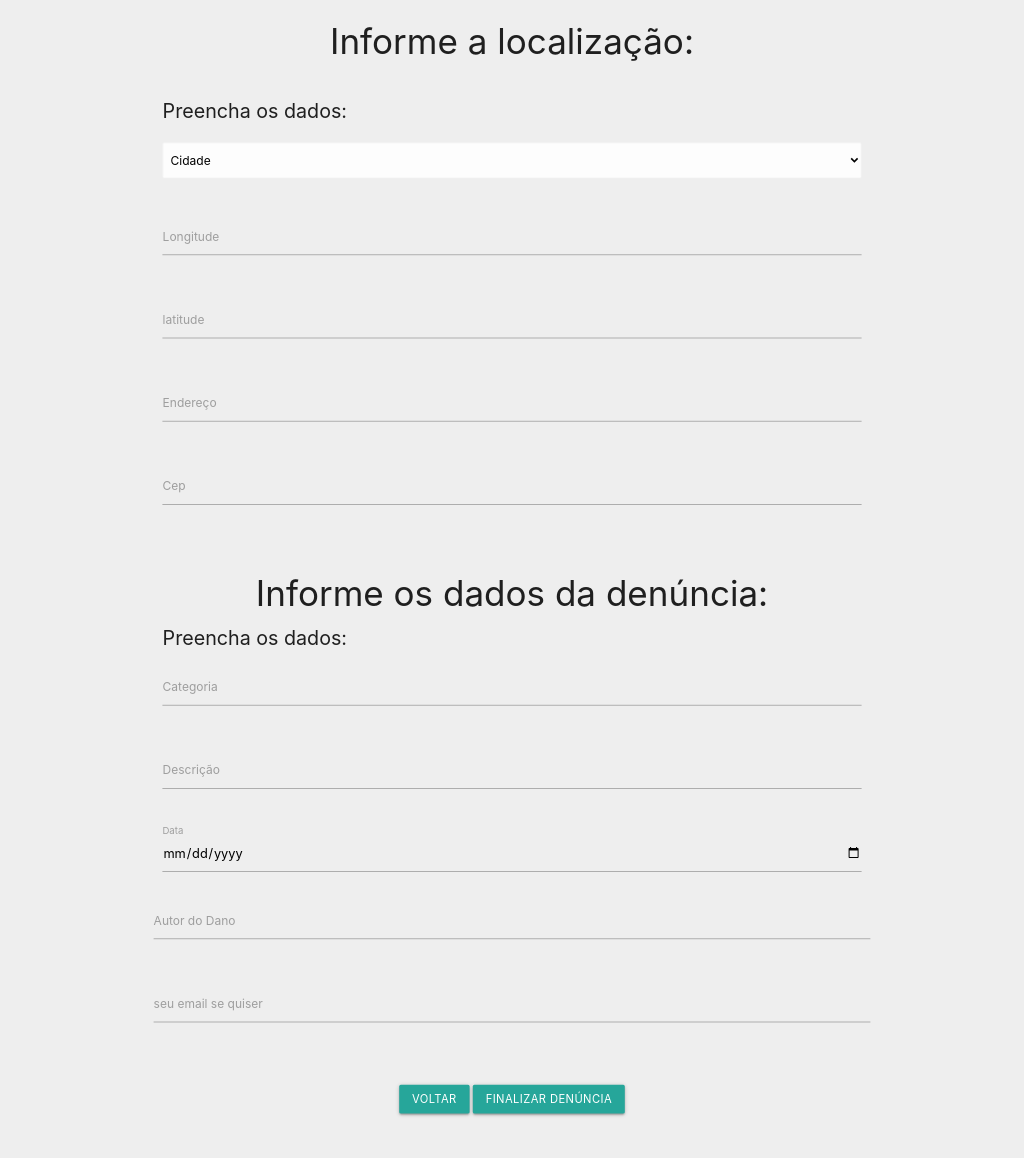
Repository: luisfernandofaria/ultimosinosi
Page: http://localhost/denuncia/cadastro
These files come from the project's save history. The page is drawn as it stood at one moment and after the next save; the edit follows.
The browser window is 1280 px wide. The pictures show the whole page, at 80% of full size.
Some web libraries are served in a nearby version. The page is this project's Thymeleaf template; nobody is signed in. The template is opened directly, without the code that normally fills it, so the values that code supplies are empty.

Above is the page before, as saved 2019-11-29 04:41:57.

After the next save:
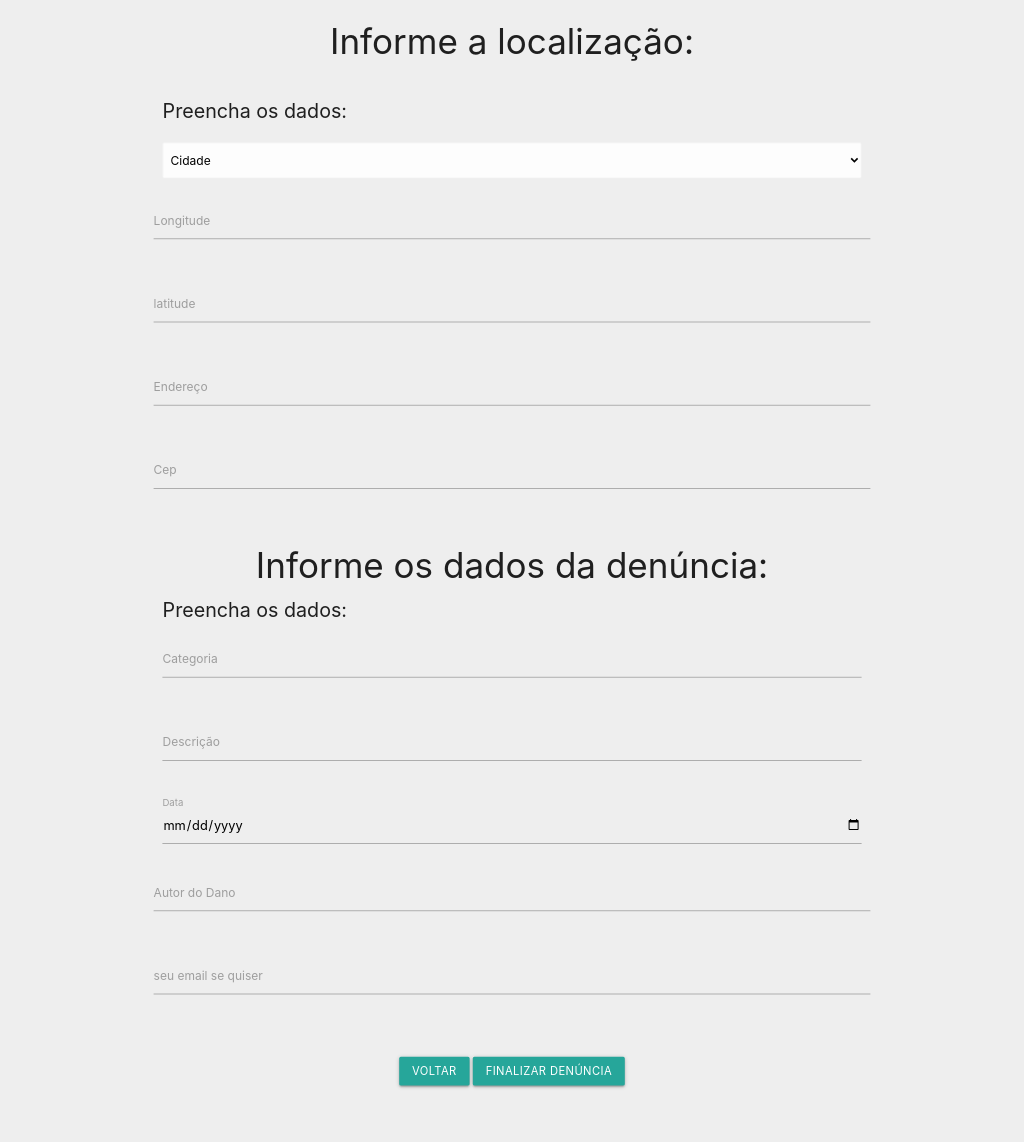
Saved 3 min 29 s later.
--- a/sino/src/main/resources/templates/denuncia/cadastro.html
+++ b/sino/src/main/resources/templates/denuncia/cadastro.html
@@ -33,7 +33,7 @@
 									th:text=" ${m.uf + ' - '} + ${m.nome}">Selecione...</option>
 							</select>
 						</div>
-					</div>
+<!-- 					</div> -->
 
 					<div class="row">
 						<div class="input-field col s12">
@@ -112,7 +112,7 @@
 							name="action">Finalizar Denúncia</button>
 					</div>
 				</div>
-
+</div>
 			</form>
 		</div>
 
